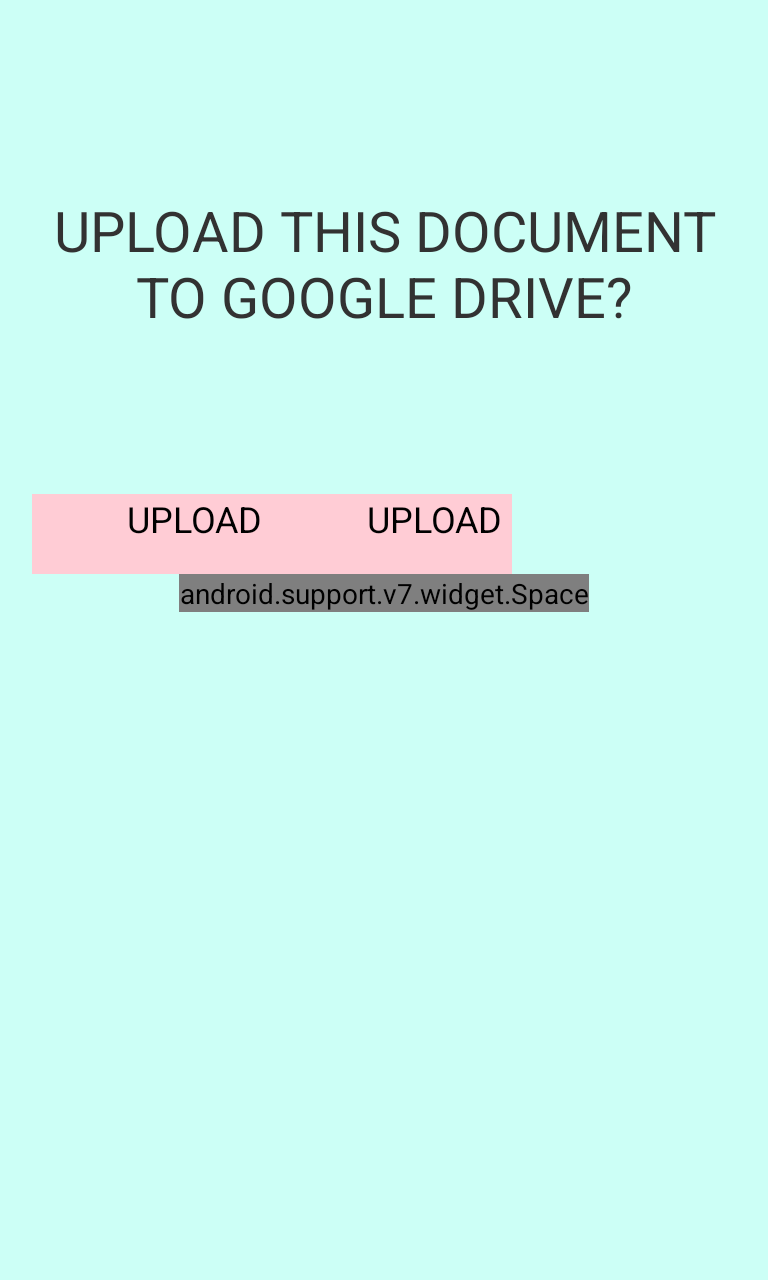
Repository: nick11roberts/Moka-Scanr
Layout: Document Uploader/res/layout/activity_preview.xml
The author's editor kept a copy of each file at every save. The layout is drawn from the files as they stood at one save, then again after the next save.
Pictures or frames that could not be fetched are drawn as grey boxes. It is drawn on a 768 x 1280 px phone screen (xhdpi) without system bars, with theme android:Theme.Holo.Light.NoActionBar; the app's code is not run. The app's manifest (not shown) leaves right-to-left support off. So textAlignment, textDirection and layoutDirection are ignored, and left and right values win over start and end ones.

Above is the layout before, as saved 2014-05-31 00:48:26.

### Document Uploader/res/layout/activity_preview.xml
<LinearLayout xmlns:android="http://schemas.android.com/apk/res/android"
    xmlns:tools="http://schemas.android.com/tools"
    android:layout_width="match_parent"
    android:layout_height="match_parent"
    android:background="@color/bg_color"
    android:baselineAligned="true"
    android:gravity="center_horizontal"
    android:orientation="vertical"
    android:paddingBottom="@dimen/activity_vertical_margin"
    android:paddingLeft="@dimen/activity_horizontal_margin"
    android:paddingRight="@dimen/activity_horizontal_margin"
    android:paddingTop="@dimen/activity_vertical_margin"
    tools:context=".MainActivity" >

    <TextView
        android:layout_width="wrap_content"
        android:layout_height="wrap_content"
        android:paddingBottom="80dp"
        android:paddingTop="80dp"
        android:text="@string/preview_heading"
        android:textAlignment="center"
        android:gravity="center"
        android:textAllCaps="true"
        android:textSize="28sp" />

    <TableRow
        android:id="@+id/tableRow1"
        android:layout_width="fill_parent"
        android:layout_height="wrap_content"
        android:shrinkColumns="*"
		android:stretchColumns="*"  >

        <Button
            android:id="@+id/uploadButton"
            android:layout_width="120dp"
            android:layout_height="40dp"
            android:background="@color/button_color"
            android:gravity="right"
            android:paddingLeft="5dp"
            android:paddingRight="5dp"
            android:text="@string/preview_button_upload"
            android:textAlignment="center" />

        <Button
            android:layout_width="120dp"
            android:layout_height="40dp"
            android:background="@color/button_color"
            android:gravity="right"
            android:paddingLeft="5dp"
            android:paddingRight="5dp"
            android:text="@string/preview_button_upload"
            android:textAlignment="center"  />

    </TableRow>

    <android.support.v7.widget.Space
        android:id="@+id/space1"
        android:layout_width="wrap_content"
        android:layout_height="wrap_content" />

</LinearLayout>

### Document Uploader/res/values/colors.xml
<?xml version="1.0" encoding="utf-8"?>
<resources>
   <color name="button_color">#FFCCD5</color>
   <color name="bg_color">#CCFFF6</color>
   <color name="border_color">#000000</color>
</resources>

### Document Uploader/res/values/strings.xml
<?xml version="1.0" encoding="utf-8"?>
<resources>

    <string name="app_name">PDF-Drive</string>
    <string name="action_settings">Settings</string>

    <!-- MAIN ACTIVITY -->
    <string name="main_heading">Upload a new PDF?</string>
    <string name="main_button_upload">BEGIN</string>

    <!-- OPTIONS ACTIVITY -->
    <string name="options_heading">Upload options</string>
    <string name="options_pages">Number of pages?</string>
    <string name="options_title">Title?</string>
    <string name="options_folder">Folder? (optional)</string>
    <string name="options_button_go">CONTINUE</string>

    <!-- PREVIEW ACTIVITY -->
    <string name="preview_heading">Upload this document to Google Drive?</string>
    <string name="preview_button_upload">UPLOAD</string>
    <string name="preview_button_cancel">CANCEL</string>

</resources>

Loaded but not shown: Document Uploader/res/values/dimens.xml (common file); Document Uploader/res/values-w820dp/dimens.xml (common file)

After the next save:
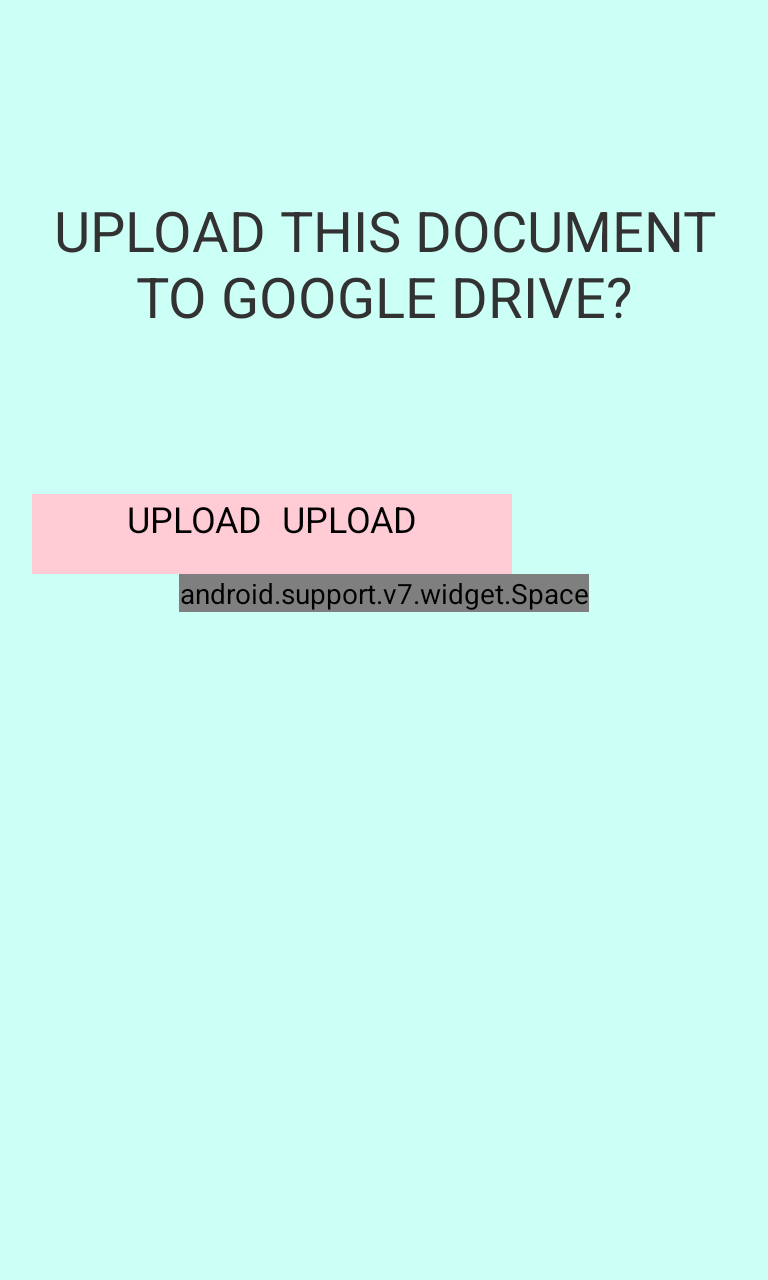
Saved 6 s later.
--- a/Document Uploader/res/layout/activity_preview.xml
+++ b/Document Uploader/res/layout/activity_preview.xml
@@ -45,7 +45,7 @@
             android:layout_width="120dp"
             android:layout_height="40dp"
             android:background="@color/button_color"
-            android:gravity="right"
+            android:gravity="left"
             android:paddingLeft="5dp"
             android:paddingRight="5dp"
             android:text="@string/preview_button_upload"
